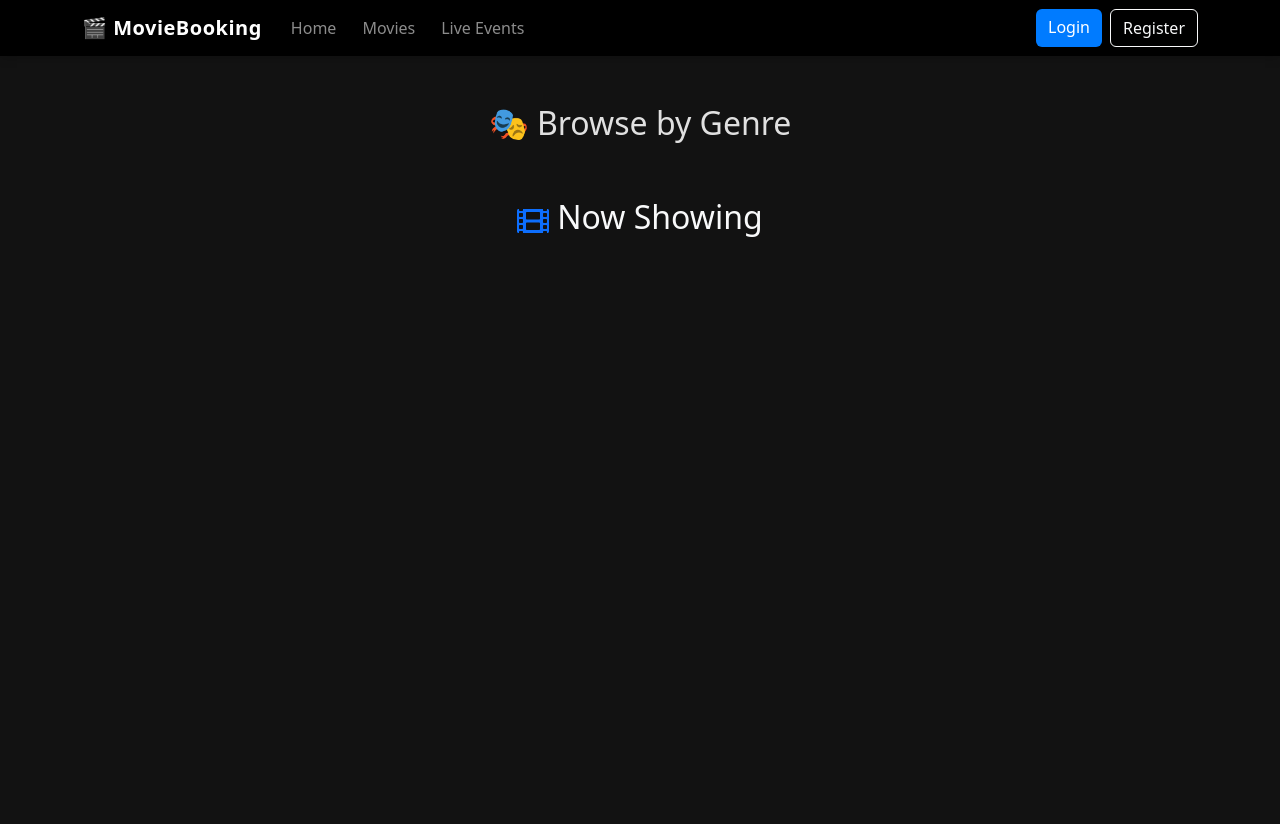
Repository: AshwinUgale/MovieBookingFrontend
Page: /movies
The author's editor kept a copy of each file at every save. The page is drawn from the files as they stood at one save, then again after the next save.
The browser window is 1280 px wide. The pictures show the whole page.
The page's requests for data from a server got no answer. The project was rebuilt for these pictures with package versions that can differ from the ones it lists, and the page was loaded fresh each time. No one was signed in, and anything a server would have sent is missing. Also part of the build but not shown: src/components/HeroSection.js, src/components/TrendingMovies.js, src/components/CallToAction.js, src/components/TrendingEvents.js, src/pages/HomePage.js, src/pages/LoginPage.js, src/pages/RegisterPage.js, src/pages/DashboardPage.js and 11 more.

Above is the page before, as saved 2025-03-31 01:10:06.

### src/index.js
import React from 'react';
import ReactDOM from 'react-dom/client';
import 'bootstrap/dist/css/bootstrap.min.css';


import App from './App';


const root = ReactDOM.createRoot(document.getElementById('root'));
root.render(
  <React.StrictMode>
    <App />
  </React.StrictMode>
);

### src/App.js
import { BrowserRouter as Router, Routes, Route } from "react-router-dom";
import HomePage from "./pages/HomePage";
import LoginPage from "./pages/LoginPage";
import RegisterPage from "./pages/RegisterPage";
import DashboardPage from "./pages/DashboardPage";
import PrivateRoute from "./utils/PrivateRoute";
import MovieList from "./pages/MovieList";
import ShowtimesPage from "./pages/ShowtimesPage";
import AdminMoviePage from "./pages/AdminMoviePage";
import AdminShowtimePage from "./pages/AdminShowtimePage";
import ShowtimePage from "./pages/ShowtimePage";
import PaymentPage from "./pages/PaymentPage";
import BookingHistoryPage from "./pages/BookingHistoryPage";
import CustomNavbar from "./components/Navbar";
import AuthProvider from "./context/AuthContext";
import Events from "./pages/Events";

// Import Bootstrap CSS
import 'bootstrap/dist/css/bootstrap.min.css';
// Import global dark theme
import './styles/DarkTheme.css';

function App() {
  return (
    <AuthProvider>
    <Router>
      <CustomNavbar/>
      <Routes>
        {/* Public Routes */}
        <Route path="/" element={<HomePage />} />
        <Route path="/login" element={<LoginPage />} />
        <Route path="/register" element={<RegisterPage />} />
        <Route path="/movies" element={<MovieList />} />  {/* ✅ Updated path */}
        <Route path="/events" element={<Events />} />
        <Route path="/showtimes/fake/:movieId" element={<ShowtimesPage />} />  {/* ✅ Updated path */}
        <Route path="/showtime/:showtimeId" element={<ShowtimePage />} />
        <Route path="/payment/:bookingId" element={<PaymentPage />} />

        {/* Protected Routes */}
        <Route path="/dashboard" element={<PrivateRoute component={DashboardPage} />} />
        <Route path="/admin/movies" element={<PrivateRoute component={AdminMoviePage} />} />
        <Route path="/admin/showtimes" element={<PrivateRoute component={AdminShowtimePage} />} />
        <Route path="/bookings" element={<PrivateRoute component={BookingHistoryPage} />} />
      </Routes>
    </Router>
    </AuthProvider>
  );
}

export default App;

### src/pages/MovieList.js
import { useEffect, useState } from "react";
import { fetchMovies } from "../services/api";
import { useLocation, useNavigate } from "react-router-dom";
import { Container, Row, Col, Card, Button, Spinner } from "react-bootstrap";
import GenreSection from "../components/GenreSection";
import { FaFilm, FaTicketAlt } from "react-icons/fa";

const MovieList = () => {
  const [movies, setMovies] = useState([]);
  const [loading, setLoading] = useState(true);

  // ✅ Load More state
  const [visibleCount, setVisibleCount] = useState(8);

  const navigate = useNavigate();
  const location = useLocation();

  useEffect(() => {
    const query = new URLSearchParams(location.search);
    const selectedGenre = query.get("genre");

    const getMovies = async () => {
      try {
        const data = await fetchMovies();
        const filtered = selectedGenre
          ? data.filter((movie) => {
              const genres = Array.isArray(movie.genre)
                ? movie.genre
                : movie.genre.split(",");
              return genres.map(g => g.trim()).includes(selectedGenre);
            })
          : data;

        setMovies(filtered);
        setVisibleCount(16); // ✅ Reset count when genre changes
      } catch (error) {
        console.error("Error fetching movies:", error);
      }
      setLoading(false);
    };

    getMovies();
  }, [location.search]);
  console.log("📦 Movies state:", movies);
  console.log("📦 Loading state:", loading);

  return (
    <div className="movie-list-page">
      <GenreSection />
      <Container className="mt-4">
        <h2 className="text-center mb-4 text-light">
          <FaFilm className="me-2 text-primary" />
          Now Showing
        </h2>

        {loading ? (
          <div className="text-center py-5">
            <Spinner animation="border" variant="primary" />
            <p className="mt-3 text-light">Loading movies...</p>
          </div>
        ) : (
          <>
            <Row className="mt-4 g-4">
              {/* ✅ Only show up to visibleCount */}
              {Array.isArray(movies) && movies.slice(0, visibleCount).map((movie) => (
                <Col key={movie._id} xs={12} sm={6} md={4} lg={3} className="mb-3">
                  <Card className="movie-card h-100">
                    <div className="movie-poster-container">
                      <Card.Img
                        variant="top"
                        src={movie.posterUrl || "https://via.placeholder.com/200x300"}
                        alt={movie.title}
                        className="movie-poster"
                        onError={(e) => { e.target.src = "/default-poster.jpg"; }}
                      />
                    </div>
                    <Card.Body className="p-3">
                      <Card.Title className="text-light">{movie.title}</Card.Title>
                      <Card.Text className="mb-3">
                        <small className="text-muted">
                          {Array.isArray(movie.genre)
                            ? movie.genre.join(", ")
                            : movie.genre || "Unknown"}{" "}
                          | {movie.duration || "N/A"} min
                        </small>
                      </Card.Text>
                      <Button
                        variant="primary"
                        onClick={() => navigate(`/showtimes/fake/${movie._id}`)}
                        className="w-100"
                      >
                        <FaTicketAlt className="me-2" />
                        Showtimes
                      </Button>
                    </Card.Body>
                  </Card>
                </Col>
              ))}
            </Row>

            {/* ✅ Load More Button */}
            {visibleCount < movies.length && (
              <div className="text-center mt-4 mb-5">
                <Button variant="outline-primary" onClick={() => setVisibleCount(prev => prev + 8)} className="px-4 py-2">
                  Load More
                </Button>
              </div>
            )}
          </>
        )}
      </Container>
    </div>
  );
};

// Add dark theme styles for the movie list page
const movieListStyles = `
  .movie-list-page {
    background-color: #121212;
    min-height: 100vh;
    padding-bottom: 30px;
  }

  .movie-card {
    background-color: #1e1e1e !important;
    border: none;
    border-radius: 10px;
    overflow: hidden;
    transition: transform 0.3s ease, box-shadow 0.3s ease;
    box-shadow: 0 4px 12px rgba(0,0,0,0.2);
  }

  .movie-card:hover {
    transform: translateY(-5px);
    box-shadow: 0 10px 25px rgba(0,0,0,0.3) !important;
  }

  .movie-poster-container {
    height: 300px;
    overflow: hidden;
    background-color: #121212;
  }

  .movie-poster {
    width: 100%;
    height: 100%;
    object-fit: cover;
    transition: transform 0.3s ease;
  }

  .movie-card:hover .movie-poster {
    transform: scale(1.05);
  }
`;

// Inject styles
const styleTag = document.createElement("style");
styleTag.innerHTML = movieListStyles;
document.head.appendChild(styleTag);

export default MovieList;

### src/components/Navbar.js
import { Link } from "react-router-dom";
import { useContext } from "react";
import { AuthContext } from "../context/AuthContext"; // ✅ Import AuthContext
import { Navbar, Nav, Container, Button } from "react-bootstrap"; // ✅ Import Bootstrap components

const CustomNavbar = () => {
    const { isAuthenticated, logout } = useContext(AuthContext); // ✅ Use authentication state

    return (
        <Navbar bg="black" variant="dark" expand="lg" className="custom-navbar">
            <Container>
                <Navbar.Brand as={Link} to="/" className="brand-text">🎬 MovieBooking</Navbar.Brand>
                <Navbar.Toggle aria-controls="basic-navbar-nav" />
                <Navbar.Collapse id="basic-navbar-nav">
                    <Nav className="me-auto">
                        <Nav.Link as={Link} to="/" className="nav-link-custom">Home</Nav.Link>
                        <Nav.Link as={Link} to="/movies" className="nav-link-custom">Movies</Nav.Link>
                        <Nav.Link as={Link} to="/events" className="nav-link-custom">Live Events</Nav.Link>
                        {isAuthenticated && <Nav.Link as={Link} to="/bookings" className="nav-link-custom">My Bookings</Nav.Link>}
                    </Nav>
                    <Nav>
                        {!isAuthenticated ? (
                            <>
                                <Button variant="primary" as={Link} to="/login" className="mx-2">Login</Button>
                                <Button variant="outline-light" as={Link} to="/register">Register</Button>
                            </>
                        ) : (
                            <Button variant="outline-light" onClick={logout}>Logout</Button>
                        )}
                    </Nav>
                </Navbar.Collapse>
            </Container>
        </Navbar>
    );
};

// Add styles for the navbar to match carousel background
const navbarStyle = `
    .custom-navbar {
        background-color: #000 !important;
        box-shadow: 0 2px 10px rgba(0,0,0,0.2);
    }

    .brand-text {
        font-weight: 600;
        letter-spacing: 0.5px;
    }

    .nav-link-custom {
        margin: 0 5px;
        transition: color 0.2s ease;
        position: relative;
    }

    .nav-link-custom:after {
        content: '';
        position: absolute;
        bottom: 0;
        left: 50%;
        transform: translateX(-50%);
        width: 0;
        height: 2px;
        background-color: #007bff;
        transition: width 0.3s ease;
    }

    .nav-link-custom:hover:after {
        width: 100%;
    }

    .nav-link-custom:hover {
        color: #fff !important;
    }
`;

// Inject styles
const styleTag = document.createElement("style");
styleTag.innerHTML = navbarStyle;
document.head.appendChild(styleTag);

export default CustomNavbar;

### src/context/AuthContext.js
import { createContext, useState, useEffect } from "react";

export const AuthContext = createContext();

const AuthProvider = ({ children }) => {
    const [isAuthenticated, setIsAuthenticated] = useState(!!localStorage.getItem("token"));

    useEffect(() => {
        const handleStorageChange = () => {
            setIsAuthenticated(!!localStorage.getItem("token"));
        };

        window.addEventListener("storage", handleStorageChange);

        return () => {
            window.removeEventListener("storage", handleStorageChange);
        };
    }, []);

    const login = (token) => {
        localStorage.setItem("token", token);
        setIsAuthenticated(true);
    };

    const logout = () => {
        localStorage.removeItem("token");
        setIsAuthenticated(false);
    };

    return (
        <AuthContext.Provider value={{ isAuthenticated, login, logout }}>
            {children}
        </AuthContext.Provider>
    );
};

export default AuthProvider;

### src/styles/DarkTheme.css
/* Global Dark Theme Styling */
body {
  background-color: #121212;
  color: #e0e0e0;
}

/* Keep the navbar and carousel pure black */
.custom-navbar,
.navbar,
.navbar.bg-black,
.hero-container,
.carousel {
  background-color: #000000 !important;
}

/* Create smooth transition from black to dark gray */
.hero-to-content-transition {
  height: 50px;
  background: linear-gradient(to bottom, #000000, #121212);
  margin-bottom: -50px;
}

/* Main container background */
.container {
  background-color: #121212;
}

/* Card styling */
.card {
  background-color: #1e1e1e !important;
  color: #e0e0e0 !important;
  border: none !important;
  box-shadow: 0 4px 12px rgba(0,0,0,0.2);
}

/* Text colors */
h1, h2, h3, h4, h5, h6 {
  color: #e0e0e0 !important;
}

.text-dark {
  color: #e0e0e0 !important;
}

.text-muted {
  color: #aaaaaa !important;
}

/* Form controls */
.form-control {
  background-color: #2d2d2d !important;
  border-color: #333 !important;
  color: #fff !important;
}

.form-control::placeholder {
  color: #aaa !important;
}

.form-control:focus {
  background-color: #2d2d2d !important;
  color: #fff !important;
  box-shadow: none !important;
  border-color: #007bff !important;
}

/* Button styling */
.btn-outline-primary,
.btn-outline-success,
.btn-outline-danger {
  color: #e0e0e0 !important;
}

/* Modal and dropdown styling */
.modal-content {
  background-color: #1e1e1e !important;
  color: #e0e0e0 !important;
}

.dropdown-menu {
  background-color: #1e1e1e !important;
  color: #e0e0e0 !important;
}

.dropdown-item {
  color: #e0e0e0 !important;
}

.dropdown-item:hover {
  background-color: #333 !important;
}

/* Table styling */
.table {
  color: #e0e0e0 !important;
}

.table-striped tbody tr:nth-of-type(odd) {
  background-color: rgba(255, 255, 255, 0.05) !important;
}

/* List group styling */
.list-group-item {
  background-color: #1e1e1e !important;
  color: #e0e0e0 !important;
  border-color: #333 !important;
}

/* Alert styling */
.alert-light {
  background-color: #2d2d2d !important;
  color: #e0e0e0 !important;
  border-color: #333 !important;
}

/* Background utility classes */
.bg-light {
  background-color: #1e1e1e !important;
}

.bg-white {
  background-color: #1e1e1e !important;
}

/* Pagination */
.page-item .page-link {
  background-color: #1e1e1e !important;
  color: #e0e0e0 !important;
  border-color: #333 !important;
}

.page-item.active .page-link {
  background-color: #007bff !important;
  border-color: #007bff !important;
}

/* Badge styling */
.badge-light {
  background-color: #2d2d2d !important;
  color: #e0e0e0 !important;
}

/* Added shadows for depth */
.shadow, .shadow-sm {
  box-shadow: 0 4px 12px rgba(0,0,0,0.4) !important;
}

/* Additional styles for Bootstrap elements */
.jumbotron {
  background-color: #1e1e1e !important;
  color: #e0e0e0 !important;
}

.breadcrumb {
  background-color: #1e1e1e !important;
}

.breadcrumb-item.active {
  color: #e0e0e0 !important;
}

.breadcrumb-item + .breadcrumb-item::before {
  color: #aaa !important;
}

/* Input groups */
.input-group-text {
  background-color: #2d2d2d !important;
  border-color: #333 !important;
  color: #e0e0e0 !important;
}

/* Fix for select elements */
select.form-control,
select.form-select {
  background-color: #2d2d2d !important;
  border-color: #333 !important;
  color: #e0e0e0 !important;
}

/* Better container background targeting */
.container:not(.hero-container .container) {
  background-color: transparent;
}

/* Adjust button hover states for better visibility */
.btn-outline-primary:hover,
.btn-outline-success:hover,
.btn-outline-danger:hover,
.btn-outline-light:hover {
  color: #fff !important;
}

### src/services/api.js
import axios from "axios";

const api = axios.create({
  baseURL: "http://localhost:5000/api",
  headers: {
    "Content-Type": "application/json",
  },
});


api.interceptors.request.use((config) => {
  const token = localStorage.getItem("token");
  if (token) {
    config.headers.Authorization = `Bearer ${token}`;
  }
  return config;
});

export const fetchMovies = async () => {
  const response = await api.get("/movies");
  return response.data;
};


export const fetchShowtimes = async (movieId) => {
  try {
    const response = await api.get(`/showtimes/fake?movie=${movieId}`);
    console.log("🎬 API response:", response.data);
    return response.data;
  } catch (error) {
    console.error("Error fetching showtimes:", error);
    return [];
  }
};



export const addMovie = async (movieData) => {
  const token = localStorage.getItem("token");
  const response = await api.post("/movies", movieData, {
    headers: { Authorization: `Bearer ${token}` },
  });
  return response.data;
};

export const addShowtime = async (showtimeData) => {
  const token = localStorage.getItem("token");
  const response = await api.post("/showtimes", showtimeData, {
    headers: { Authorization: `Bearer ${token}` },
  });
  return response.data;
};


export const fetchSeats = async (showtimeId) => {
  try {
    const response = await api.get(`/showtimes/${showtimeId}`);
    console.log("🎯 Seat API response:", response.data);

    if (response.data && Array.isArray(response.data.availableSeats) && response.data.availableSeats.length > 0) {
      return response.data.availableSeats;
    } else {
      console.warn("🚨 No availableSeats or empty, falling back.");
      return generateReducedSeats();
    }
  } catch (error) {
    console.error("❌ Error fetching seats:", error);
    return generateReducedSeats();
  }
};


// ✅ Function to Generate a Reduced Theater Layout (30-40% fewer seats)
const generateReducedSeats = () => {
  const sections = ["VIP", "Platinum", "Gold", "Silver", "Economy"];
  let generatedSeats = [];

  sections.forEach((section) => {
    for (let row = 1; row <= 5; row++) { // Reduced from 7 to 5 rows
      for (let seat = 1; seat <= 8; seat++) { // Reduced from 12 to 8 seats per row
        generatedSeats.push({
          id: `${section}-${row}-${seat}`,
          number: `${section[0]}${row}${seat}`, // Example: V12, P32
          type: section,
          booked: Math.random() < 0.1 // 10% seats randomly booked
        });
      }
    }
  });

  return generatedSeats;
};




export const bookSeats = async (showtimeId, selectedSeats) => {
  const response = await api.post("/bookings", {
    showtimeId,
    seats: selectedSeats,
  });
  return response.data;
};


export const mockPayment = async (bookingId) => {
  try {
      const response = await api.post("/payments/pay", { bookingId });
      return response.data;
  } catch (error) {
      console.error("Error processing mock payment:", error);
      throw error;
  }
};

export const fetchBookingHistory = async () => {
  try {
      const response = await api.get("/bookings/history");  // GET request
      return response.data;
  } catch (error) {
      console.error("Error fetching booking history:", error);
      throw error;
  }
};


export const cancelBooking = async (bookingId) => {
  try {
      const response = await api.delete(`/bookings/${bookingId}`); // DELETE request
      return response.data;
  } catch (error) {
      console.error("Error canceling booking:", error);
      throw error;
  }
};

export const fetchEvents = async (city = "", category = "") => {
  try {
    let url = "/ticketmaster/events";

    const queryParams = [];
    if (city) queryParams.push(`city=${encodeURIComponent(city)}`);
    if (category) queryParams.push(`category=${category}`);

    if (queryParams.length > 0) {
      url += "?" + queryParams.join("&");
    }

    console.log("🔍 Fetching events from:", url); // Debugging API request

    const response = await api.get(url);
    console.log("✅ Received Events Data:", response.data); // Debugging API response

    return response.data;
  } catch (error) {
    console.error("❌ Error fetching live events:", error.response?.data || error.message);
    return [];
  }
};




export default api;

### src/components/GenreSection.js
import React, { useEffect, useState } from "react";
import api from "../services/api";

const GenreSection = () => {
  const [genres, setGenres] = useState([]);

  useEffect(() => {
    async function fetchGenres() {
      try {
        const response = await api.get("/movies/genres");
        console.log("📦 Genres API Response:", response.data);

        // Make sure the response is an array
        if (!Array.isArray(response.data)) {
          console.error("Genres API returned non-array data:", response.data);
          return;
        }

        // Extract genre names
        const genreNames = response.data.map((g) => g.name);
        setGenres(genreNames);
      } catch (err) {
        console.error("🔥 Error in fetchGenres:", err.message);
      }
    }

    fetchGenres();
  }, []);

  return (
    <div className="container my-5">
      <h2 className="text-center">🎭 Browse by Genre</h2>
      <div className="d-flex flex-wrap justify-content-center">
        {genres.map((genre, index) => (
          <a
            key={`${genre}-${index}`}
            href={`/movies?genre=${genre}`}
            className="btn btn-outline-secondary m-2"
          >
            {genre}
          </a>
        ))}
      </div>
    </div>
  );
};

export default GenreSection;

Loaded but not shown: public/index.html (common file)

After the next save:
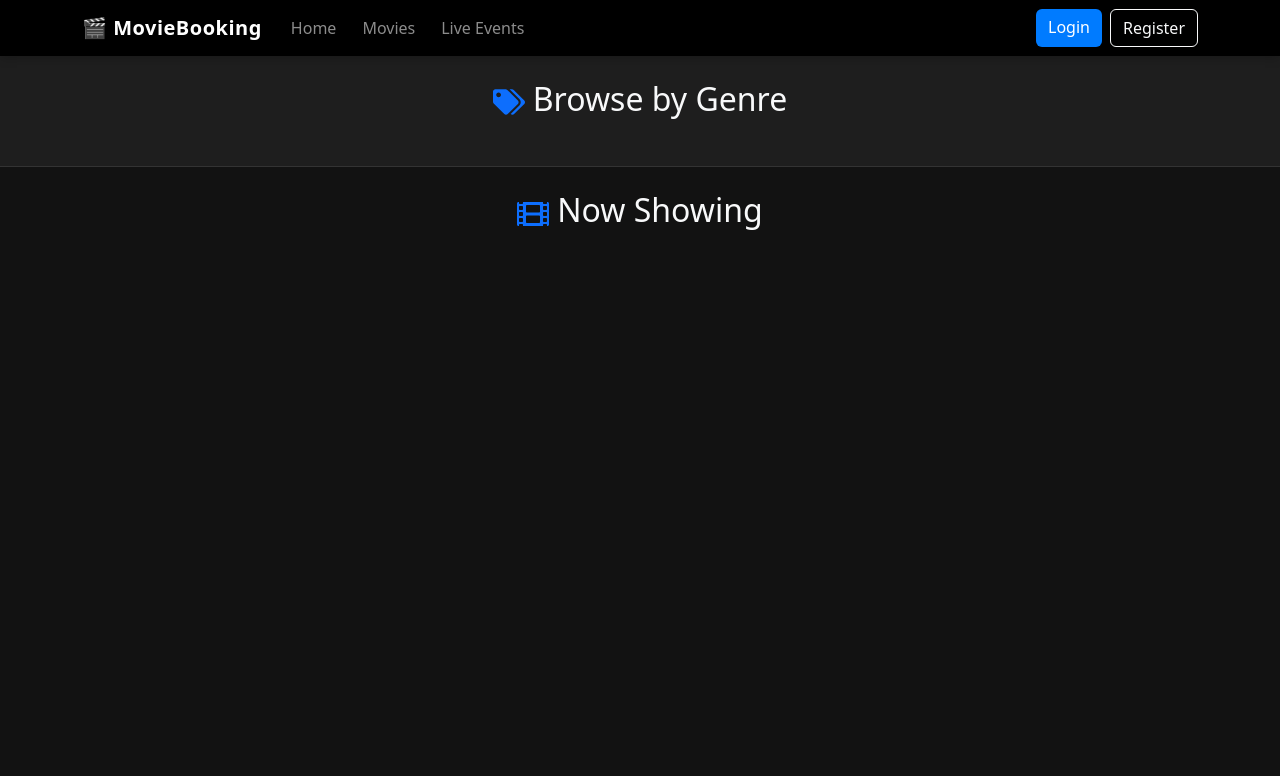
Saved 17 s later.
--- a/src/components/GenreSection.js
+++ b/src/components/GenreSection.js
@@ -1,5 +1,6 @@
 import React, { useEffect, useState } from "react";
 import api from "../services/api";
+import { FaTags } from "react-icons/fa";
 
 const GenreSection = () => {
   const [genres, setGenres] = useState([]);
@@ -28,21 +29,57 @@ const GenreSection = () => {
   }, []);
 
   return (
-    <div className="container my-5">
-      <h2 className="text-center">🎭 Browse by Genre</h2>
-      <div className="d-flex flex-wrap justify-content-center">
-        {genres.map((genre, index) => (
-          <a
-            key={`${genre}-${index}`}
-            href={`/movies?genre=${genre}`}
-            className="btn btn-outline-secondary m-2"
-          >
-            {genre}
-          </a>
-        ))}
+    <div className="genre-section py-4">
+      <div className="container">
+        <h2 className="text-center mb-4 text-light">
+          <FaTags className="me-2 text-primary" />
+          Browse by Genre
+        </h2>
+        <div className="d-flex flex-wrap justify-content-center">
+          {genres.map((genre, index) => (
+            <a
+              key={`${genre}-${index}`}
+              href={`/movies?genre=${genre}`}
+              className="genre-btn m-2"
+            >
+              {genre}
+            </a>
+          ))}
+        </div>
       </div>
     </div>
   );
 };
 
+// Add styles for the genre section
+const genreStyles = `
+  .genre-section {
+    background-color: #1e1e1e;
+    border-bottom: 1px solid #333;
+  }
+
+  .genre-btn {
+    background-color: #252525;
+    color: #e0e0e0;
+    border: 1px solid #444;
+    border-radius: 20px;
+    padding: 8px 16px;
+    text-decoration: none;
+    transition: all 0.2s ease;
+    font-size: 0.9rem;
+  }
+
+  .genre-btn:hover {
+    background-color: #007bff;
+    border-color: #007bff;
+    color: white;
+    transform: translateY(-2px);
+  }
+`;
+
+// Inject styles
+const styleTag = document.createElement("style");
+styleTag.innerHTML = genreStyles;
+document.head.appendChild(styleTag);
+
 export default GenreSection;
